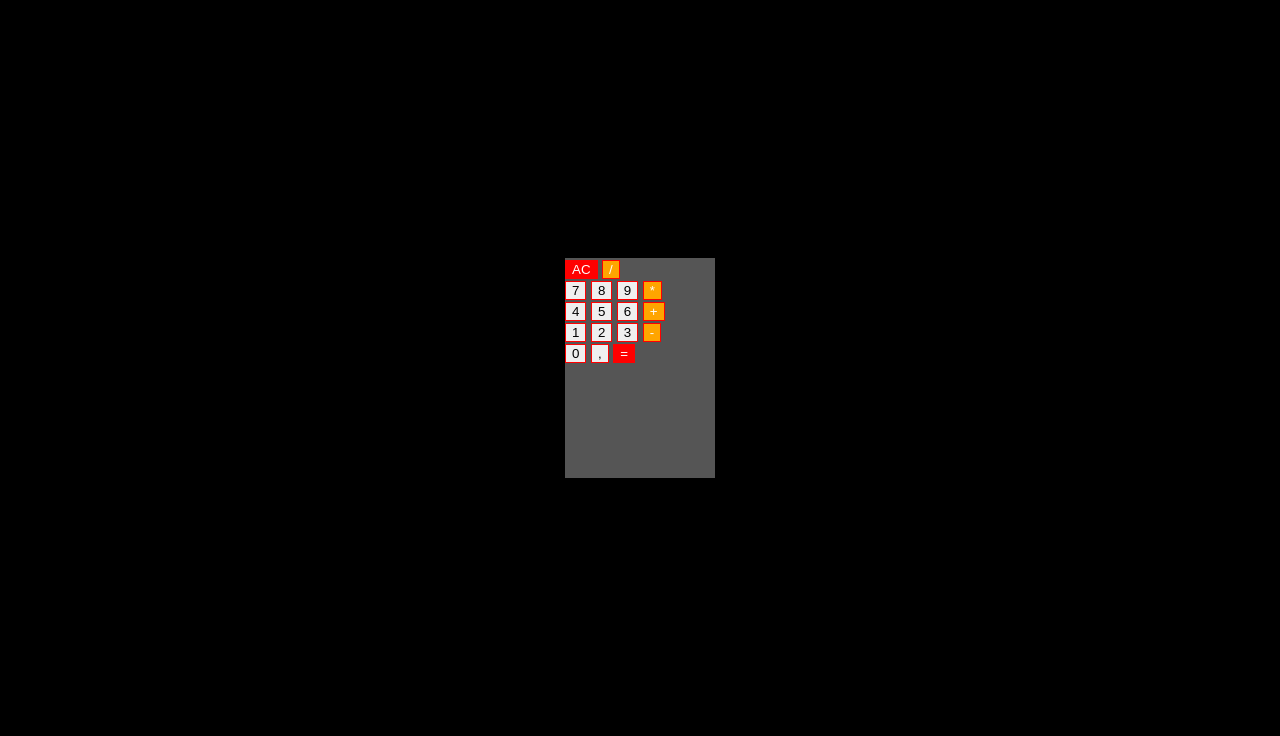
Repository: andersonxoliveira/Aplicacao_Calculadora
Page: /
An editor plug-in stored every save of this project. The page is shown before and after the next save, followed by the edit.
The browser window is 1280 px wide. The pictures show the whole page.
The project was rebuilt for these pictures with package versions that can differ from the ones it lists, and the page was loaded fresh each time. Also part of the build but not shown: svelte.config.js, vite.config.ts.

Above is the page before, as saved 2022-06-26 18:11:55.

After the next save:
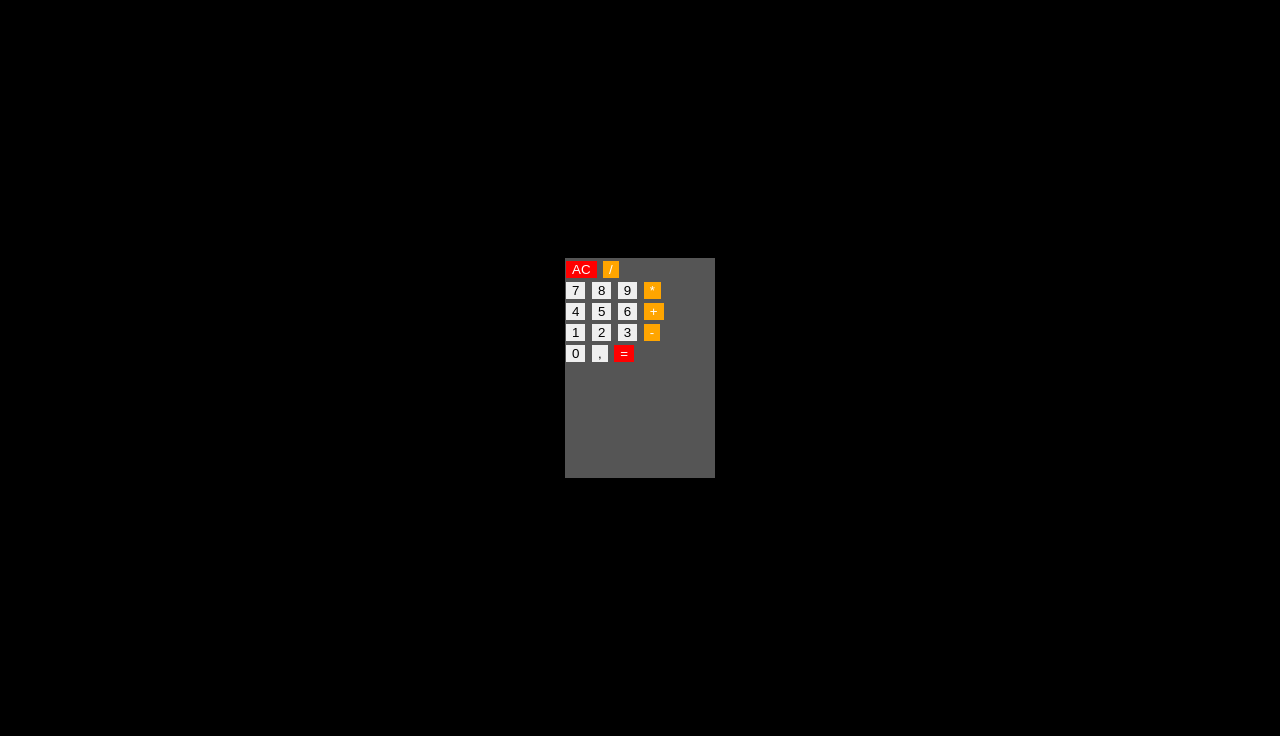
Saved 67 s later.
--- a/src/components/Botao.svelte
+++ b/src/components/Botao.svelte
@@ -14,7 +14,7 @@ class:triplo class:duplo class:operacao class:destaque>
 <style>
         .botao {
             margin:  0;
-            border:  1px solid red;
+            border:  1px solid var(--cor-fundo);
               flex-basis:  25%;
         }
 
